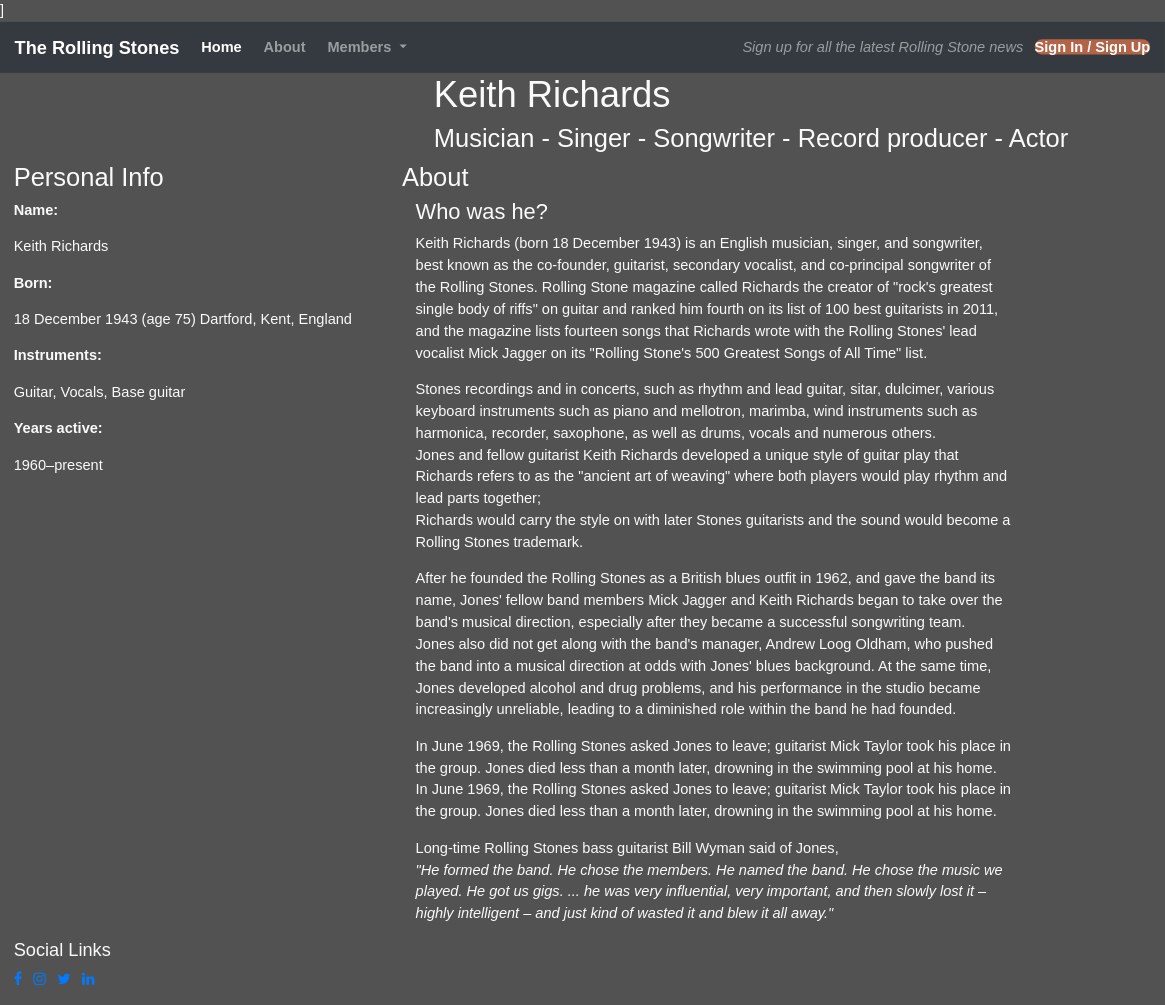
Repository: TecDruid/rolling-stones-fan-site
Page: keith-richards.html
The author's editor kept a record of every edit. The page is drawn from the files as they stood at one moment, then again after the next edit.
The browser window is 1280 px wide. The pictures show the whole page, at 91% of full size.
Some web fonts or font styles are not loaded; a fallback is used. Some web libraries are served in a nearby version.

Above is the page before.

### keith-richards.html
<!DOCTYPE html>
<html lang="en">

<head>
    <meta charset="utf-8">
    <meta name="viewport" content="width=device-width, initial-scale=1.0">
    <link rel="stylesheet" href="https://maxcdn.bootstrapcdn.com/bootstrap/4.1.3/css/bootstrap.min.css">
    <link rel="stylesheet" href="https://use.fontawesome.com/releases/v5.6.1/css/all.css" integrity="sha384-gfdkjb5BdAXd+lj+gudLWI+BXq4IuLW5IT+brZEZsLFm++aCMlF1V92rMkPaX4PP" crossorigin="anonymous">
    <link rel="stylesheet" href="https://stackpath.bootstrapcdn.com/font-awesome/4.7.0/css/font-awesome.min.css" type="text/css" />
    <link href="https://fonts.googleapis.com/css?family=Stylish" rel="stylesheet">
    <link rel="stylesheet" href="css/style.css" type="text/css" />
    <title>Keith Richards</title>
</head>

<body>

    <!----------------------------------------Nav--------------------------------------------->]


    <div class="nav-container"></div>
    <nav class="navbar navbar-dark navbar-expand-sm bg-dark">
        <a href="/" class="navbar-brand">
                    The Rolling Stones</a>

        <button class="navbar-toggler ml-auto" type="button" data-toggle="collapse" data-target="#navbarNavDropdown" aria-controls="navbarNavDropdown" aria-expanded="false" aria-label="Toggle navigation">
        <span class="navbar-toggler-icon"></span></button>

        <div class="collapse navbar-collapse" id="navbarNavDropdown">
            <ul class="navbar-nav mr-auto">
                <li class="active nav-item mr-2"><a class="nav-link" href="/">Home</a></li>
                <li class="nav-item mr-2"><a class="nav-link" href="">About</a></li>
                <li class="nav-item dropdown">
                    <a class="nav-link dropdown-toggle" href="#" id="navbarDropdownMenuLink" role="button" data-toggle="dropdown" aria-haspopup="true" aria-expanded="false">
          Members
        </a>
                    <div class="dropdown-menu" aria-labelledby="navbarDropdownMenuLink">
                        <a class="dropdown-item" href="members/brian-jones.html">Brian Jones</a>
                        <a class="dropdown-item" href="members/mick-jagger.html">Mick Jagger</a>
                        <a class="dropdown-item" href="members/keith-richards.html">Keith Richards</a>
                        <a class="dropdown-item" href="members/bill-wyman.html">Bill Wyman</a>
                        <a class="dropdown-item" href="members/charlie-watts.html">Charlie Watts</a>
                        <a class="dropdown-item" href="members/ronnie-wood.html">Ronnie Wood</a>
                        <a class="dropdown-item" href="members/ian-stewart.html">Ian Stewart</a>
                        <a class="dropdown-item" href="members/mike-taylor.html">Mick Taylor</a>
                    </div>
                </li>

                <li class="nav-item mr-2 d-block d-sm-none"><a class="nav-link" href="">Sign In / Sign Up</a></li>
            </ul>
        </div>
        <div class="d-none d-md-block">
            <p class="navbar-text my-auto mr-2"><i>Sign up for all the latest Rolling Stone news</i></p>
            <a href="/login " class="btn--cta btn--brown">Sign In / Sign Up</a>
        </div>
    </nav>

    <!-- -------------------------- The Header ---------------------------- -->

    <header>
        <div class="row no-gutters">
            <a class="col-md-4 logo" href="index.html"></a>
            <div class="col-md-8">
                <div class="row no-gutters bg-color-name-title">
                    <div class="col heading">
                        <h1 class="name">Keith Richards</h1>
                        <h3 class="title"> Musician - Singer - Songwriter - Record producer - Actor</h3>
                    </div>
                </div>
            </div>
        </div>
    </header>

    <!-- -------------------------- The Section ---------------------------- -->

    <section class="container-fluid">
        <div class="row">
            <div class="col-md-4 bg-colour-personal-info section-column">
                <div class="row">
                    <div class="col-12">
                        <h3 class="section-heading uppercase">Personal Info</h3>
                    </div>
                </div>
                <div class="personal-info-item">
                    <div class="key">
                        <p class="uppercase">
                            <strong>Name:</strong>
                        </p>
                    </div>
                    <div class="value">
                        <p>
                            Keith Richards
                        </p>
                    </div>
                </div>
                <div class="personal-info-item">
                    <div class="key">
                        <p class="uppercase">
                            <strong>Born:</strong>
                        </p>
                    </div>
                    <div class="value">
                        <p>
                            18 December 1943 (age 75) Dartford, Kent, England
                        </p>
                    </div>
                </div>
                <div class="personal-info-item">
                    <div class="key">
                        <p class="uppercase">
                            <strong>Instruments:</strong>
                        </p>
                    </div>
                    <div class="value">
                        <p>
                            Guitar, Vocals, Base guitar
                        </p>
                    </div>
                </div>
                <div class="personal-info-item">
                    <div class="key">
                        <p class="uppercase">
                            <strong> Years active:</strong>
                        </p>
                    </div>
                    <div class="value">
                        <p>
                            1960–present
                        </p>
                    </div>
                </div>
            </div>

            <div class="col-md-8 bg-colour-three-reasons section-column">
                <div class="row">
                    <div class="col">
                        <h3 class="section-heading uppercase">About</h3>
                    </div>
                </div>
                <!-- <div class="row">
                    <div class="col-10 offset-1 offset-sm-0 col-sm-4 col-md-6">
                        <div class="row">
                            <div class="col-2">
                                <i class="three-reasons-icon fa fa-question" aria-hidden="true"></i>
                            </div> -->
                <div class="col-10">
                    <h4 class="three-reasons-heading uppercase">Who was he?</h4>
                    <p>
                        Keith Richards (born 18 December 1943) is an English musician, singer, and songwriter, best known as the co-founder, guitarist, secondary vocalist, and co-principal songwriter of the Rolling Stones. Rolling Stone magazine called Richards the creator of "rock's greatest single body of riffs" on guitar and ranked him fourth on its list of 100 best guitarists in 2011, and the magazine lists fourteen songs that Richards wrote with the Rolling Stones' lead vocalist Mick Jagger on its "Rolling Stone's 500 Greatest Songs of All Time" list.
                    </p>

                    <p>
                        Stones recordings and in concerts, such as rhythm and lead guitar, sitar, dulcimer, various keyboard instruments such as piano and mellotron, marimba, wind instruments such as harmonica, recorder, saxophone, as well as drums, vocals and numerous others.<br/>                        Jones and fellow guitarist Keith Richards developed a unique style of guitar play that Richards refers to as the "ancient art of weaving" where both players would play rhythm and lead parts together;<br/> Richards would carry the
                        style on with later Stones guitarists and the sound would become a Rolling Stones trademark.
                    </p>
                    <p>
                        After he founded the Rolling Stones as a British blues outfit in 1962, and gave the band its name, Jones' fellow band members Mick Jagger and Keith Richards began to take over the band's musical direction, especially after they became a successful songwriting
                        team.
                        <br/> Jones also did not get along with the band's manager, Andrew Loog Oldham, who pushed the band into a musical direction at odds with Jones' blues background. At the same time, Jones developed alcohol and drug problems, and
                        his performance in the studio became increasingly unreliable, leading to a diminished role within the band he had founded.
                    </p>
                    <p>
                        In June 1969, the Rolling Stones asked Jones to leave; guitarist Mick Taylor took his place in the group. Jones died less than a month later, drowning in the swimming pool at his home. In June 1969, the Rolling Stones asked Jones to leave; guitarist Mick
                        Taylor took his place in the group. Jones died less than a month later, drowning in the swimming pool at his home.
                    </p>
                    <p>Long-time Rolling Stones bass guitarist Bill Wyman said of Jones, <br/><i>"He formed the band. He chose the members. He named the band. He chose the music we played. He got us gigs. ... he was very influential, very important, and then slowly
                        lost it – highly intelligent – and just kind of wasted it and blew it all away."</i>
                    </p>
                </div>
            </div>
        </div>

        </div>
        </div>
        </div>

    </section>

    <!-- -------------------------- The Footer ---------------------------- -->

    <footer class="container-fluid">
        <div id="footer-details" class="row">
            <div class="col-sm-4">
                <h5 class="uppercase general-sub">Social Links</h5>

                <ul class="list-inline social-links">
                    <li class="list-inline-item">
                        <a target="_blank" href="#">
                            <i class="fa fa-facebook" aria-hidden="true"></i>
                            <span class="sr-only">Facebook</span>
                        </a>
                    </li>
                    <li class="list-inline-item">
                        <a target="_blank" href="#">
                            <i class="fa fa-instagram" aria-hidden="true"></i>
                            <span class="sr-only">Instagram</span>
                            </a>
                    </li>

                    <li class="list-inline-item">
                        <a target="_blank" href="#">
                            <i class="fa fa-twitter" aria-hidden="true"></i>
                            <span class="sr-only">Twitter</span>
                            </a>
                    </li>
                    <li class="list-inline-item">
                        <a target="_blank" href="#">
                            <i class="fa fa-linkedin" aria-hidden="true"></i>
                            <span class="sr-only">LinkedIn</span>
                        </a>
                    </li>
                </ul>

            </div>
        </div>
    </footer>
</body>

</html>

### css/style.css
/* Header */
header {
    margin: 0;
}

.heading {
    margin-left: 50px;
}

.bill-profile {
    background-image: url("../img/bill-prof.jpg");
    background-position: center;
    background-repeat: no-repeat;
    background-size: cover;
    min-height: 360px;
    transition: all .5s ease-in-out;
    -moz-transition: all .5s ease-in-out;
    -webkit-transition: all .5s ease-in-out;
}



/* Body */
body {
    font-family: 'Stylish', sans-serif;
    background-color: #525252;
    color: #fafafa;
    min-height: 120px;
    margin: 0;
}

/* Containers */

.nav-container {
    position: absolute;
    top: 0;
    right: 0;
    margin-left: 0;
    margin-right: 0;
    z-index: 1;

}

.navbar .navbar-brand {
    font-weight: bold;
}

.navbar .navbar-nav a {
    font-weight: bold;
}

.navbar-toggler {
    border-width: 0;
}

.alert-warning {
    padding-left: 10;
    padding-right: 0;
    color: #fff;
    background-color: #c9572b;
}

.alert {
    margin-bottom: 0;
    border-width: 0;
    border-radius: 0;
}

.callout-container {
    height: 100vh;

    background: url('../img/the-rolling-stones-bg.jpg') no-repeat bottom right fixed;
    -webkit-background-size: cover;
    -moz-background-size: cover;
    -o-background-size: cover;
    background-size: cover;

    display: flex;
    align-items: center;
    justify-content: center;

    position: relative;
}

.callout2-container {
    height: 100vh;

    background: url('../img/the-rolling-stones-bg2.jpg') no-repeat bottom right fixed;
    -webkit-background-size: cover;
    -moz-background-size: cover;
    -o-background-size: cover;
    background-size: cover;

    display: flex;
    align-items: center;
    justify-content: center;

    position: relative;
}

.opaque-overlay {
    position: absolute;
    top: 0;
    left: 0;
    height: 100%;
    width: 100%;
    background-color: rgba(0, 0, 0, 0.5);
}

.features-container {
    background-color: #c9572b;
}

/* Block dividers */

.block-divider {
    width: 175px;
    height: 5px;
    border: 0;
    background-color: #444;
}

.block-divider--orange {
    background-color: #f88f10;
}

.block-divider--short {
    width: 35px;
}

/* Jumbotron */

.jumbotron {
    background-color: transparent;
}

.jumbotron h1 {
    color: white;
    font-weight: bold;
    margin-bottom: 30px;
    color: white;
}

.jumbotron .lead {
    color: #a7a7a7;
    margin: 25px 0;
}

.jumbotron small {
    font-size: 60%;
    font-style: italic;
    color: #d0d0d0;
}

/* Buttons */

.btn--cta {
    font-weight: bold;
    border-radius: 23px;
    width: 160px;
}

.btn--brown {
    color: white;
    background-color: #b36447;
    border-color: #b36447;
}

.btn--brown:hover,
.btn--brown:active,
.btn--brown:focus,
.btn--brown:active:focus {
    background-color: #df4929;
    border-color: #df4929;
    color: white;
}

After the next edit:
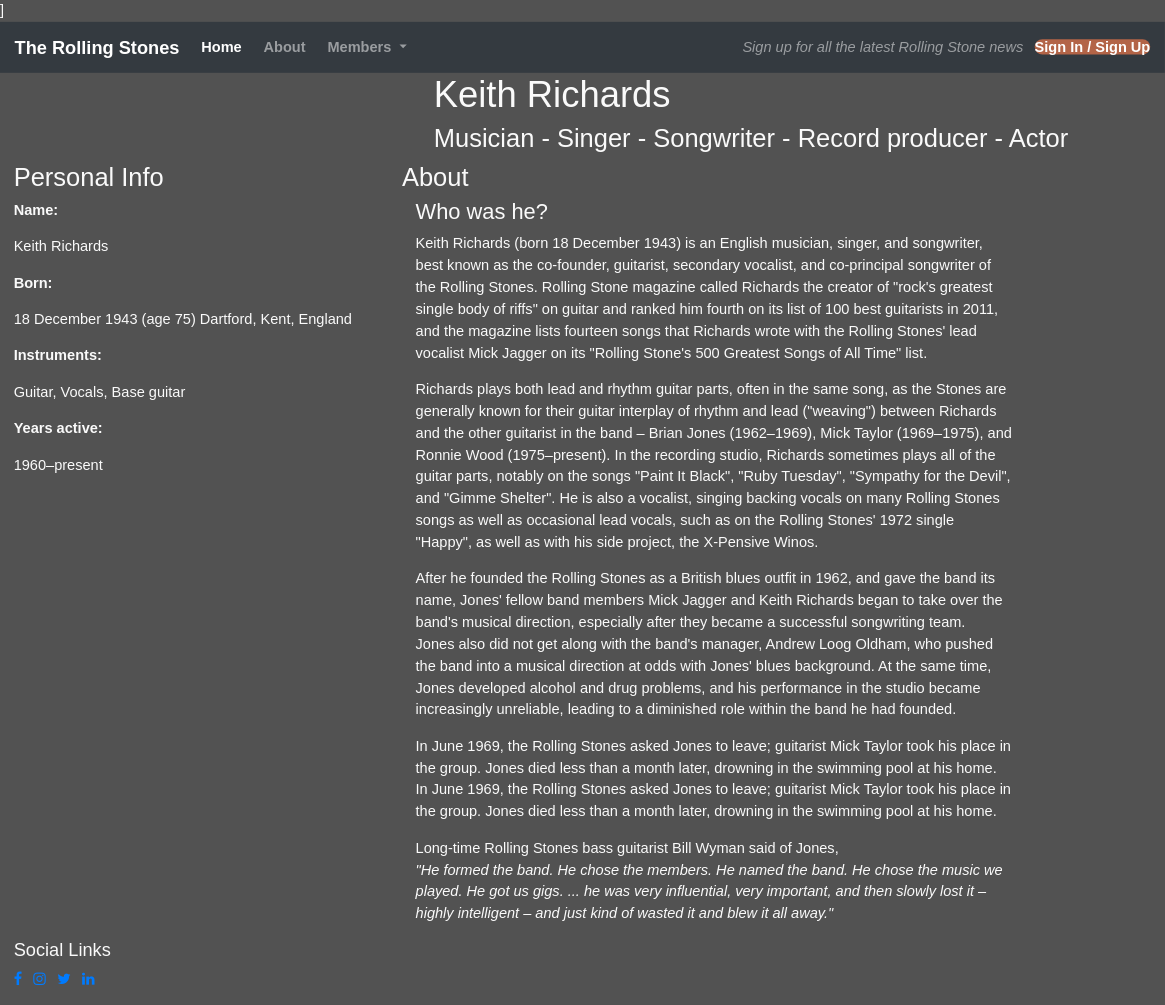
The edit:
--- a/keith-richards.html
+++ b/keith-richards.html
@@ -149,8 +149,7 @@
                     </p>
 
                     <p>
-                        Stones recordings and in concerts, such as rhythm and lead guitar, sitar, dulcimer, various keyboard instruments such as piano and mellotron, marimba, wind instruments such as harmonica, recorder, saxophone, as well as drums, vocals and numerous others.<br/>                        Jones and fellow guitarist Keith Richards developed a unique style of guitar play that Richards refers to as the "ancient art of weaving" where both players would play rhythm and lead parts together;<br/> Richards would carry the
-                        style on with later Stones guitarists and the sound would become a Rolling Stones trademark.
+                       Richards plays both lead and rhythm guitar parts, often in the same song, as the Stones are generally known for their guitar interplay of rhythm and lead ("weaving") between Richards and the other guitarist in the band – Brian Jones (1962–1969), Mick Taylor (1969–1975), and Ronnie Wood (1975–present). In the recording studio, Richards sometimes plays all of the guitar parts, notably on the songs "Paint It Black", "Ruby Tuesday", "Sympathy for the Devil", and "Gimme Shelter". He is also a vocalist, singing backing vocals on many Rolling Stones songs as well as occasional lead vocals, such as on the Rolling Stones' 1972 single "Happy", as well as with his side project, the X-Pensive Winos.
                     </p>
                     <p>
                         After he founded the Rolling Stones as a British blues outfit in 1962, and gave the band its name, Jones' fellow band members Mick Jagger and Keith Richards began to take over the band's musical direction, especially after they became a successful songwriting
